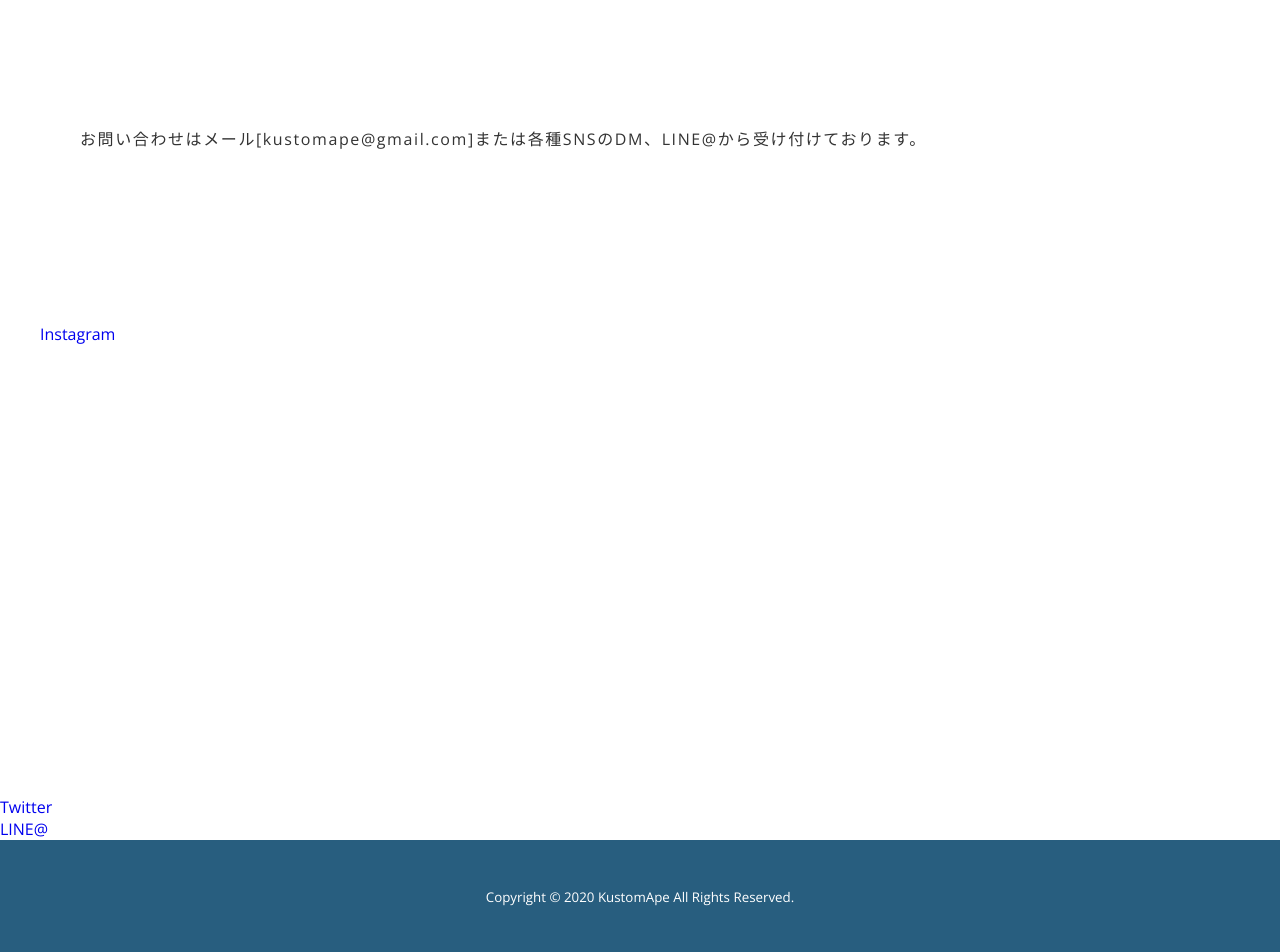
Repository: AirDepot/web
Page: index.html
An editor plug-in stored every save of this project. The page is shown before and after the next save, followed by the edit.
The browser window is 1280 px wide. The pictures show the part of the page from y = 4784 to 5736 px (the page is 5736 px tall before and 5692 px after).
A picture or video elsewhere on the page could not be fetched, so the positions and the page height are approximate.

Above is the page before, as saved 2020-02-12 19:30:06.

After the next save:
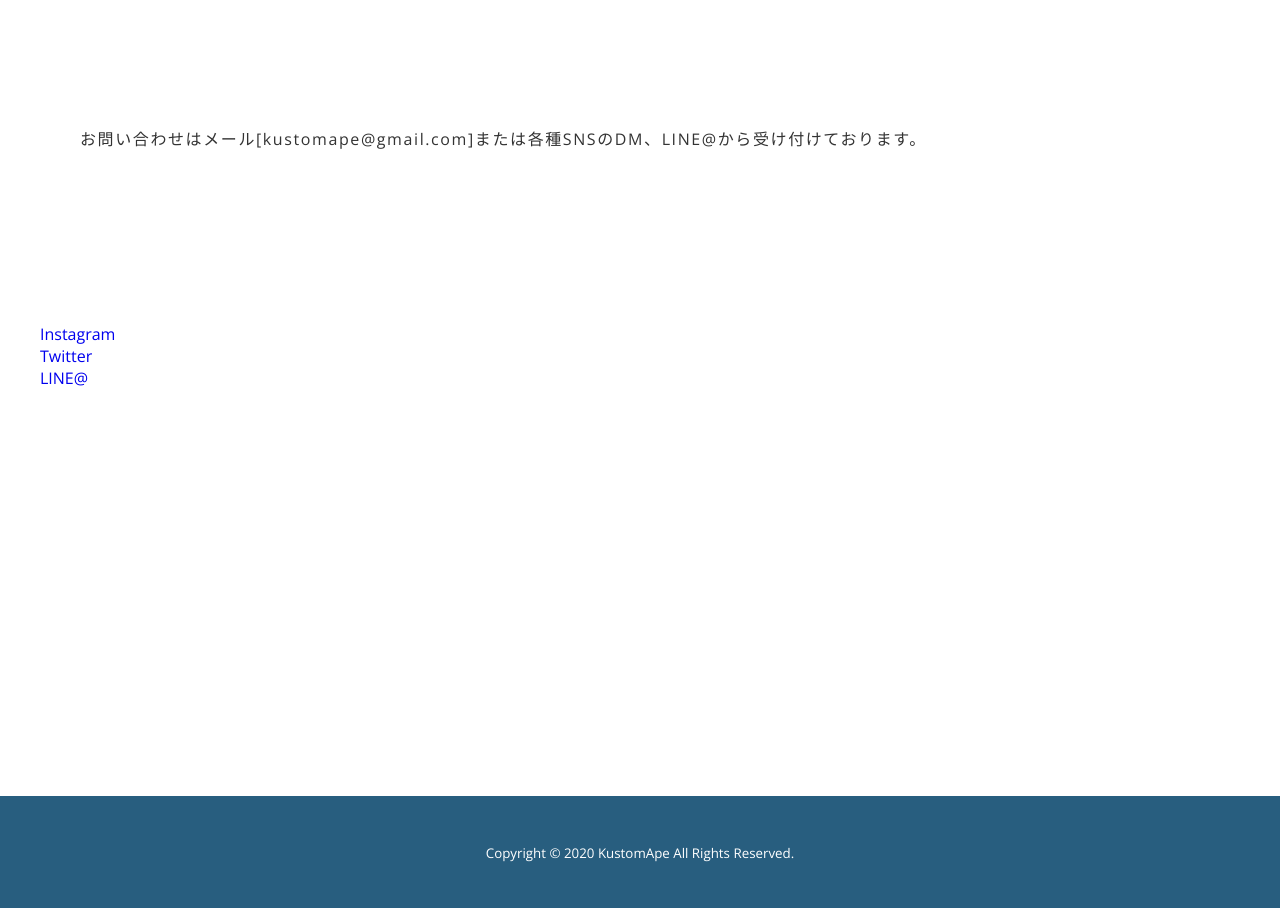
Saved 13 s later.
--- a/index.html
+++ b/index.html
@@ -67,9 +67,9 @@
                 <h3 class="section_titles">Contact</h3>
                 <p id="kustomape_contact">お問い合わせはメール[kustomape@gmail.com]または各種SNSのDM、LINE@から受け付けております。</p>
                 <section class="box_master">
-                    <p class="btn"><a target="_blank" class="btn_item" href="https://instagram.com/kustomape">Instagram</a></div>
-                    <p class="btn"><a target="_blank" class="btn_item" href="https://twitter.com/kustomape">Twitter</a></div>
-                    <p class="btn"><a target="_blank" class="btn_item" href="https://lin.ee/jkdIlGU">LINE@</a></div>
+                    <p class="btn"><a target="_blank" class="btn_item" href="https://instagram.com/kustomape">Instagram</a></p>
+                    <p class="btn"><a target="_blank" class="btn_item" href="https://twitter.com/kustomape">Twitter</a></p>
+                    <p class="btn"><a target="_blank" class="btn_item" href="https://lin.ee/jkdIlGU">LINE@</a></p>
                 </section>
             </div>
             <footer id="footer">
